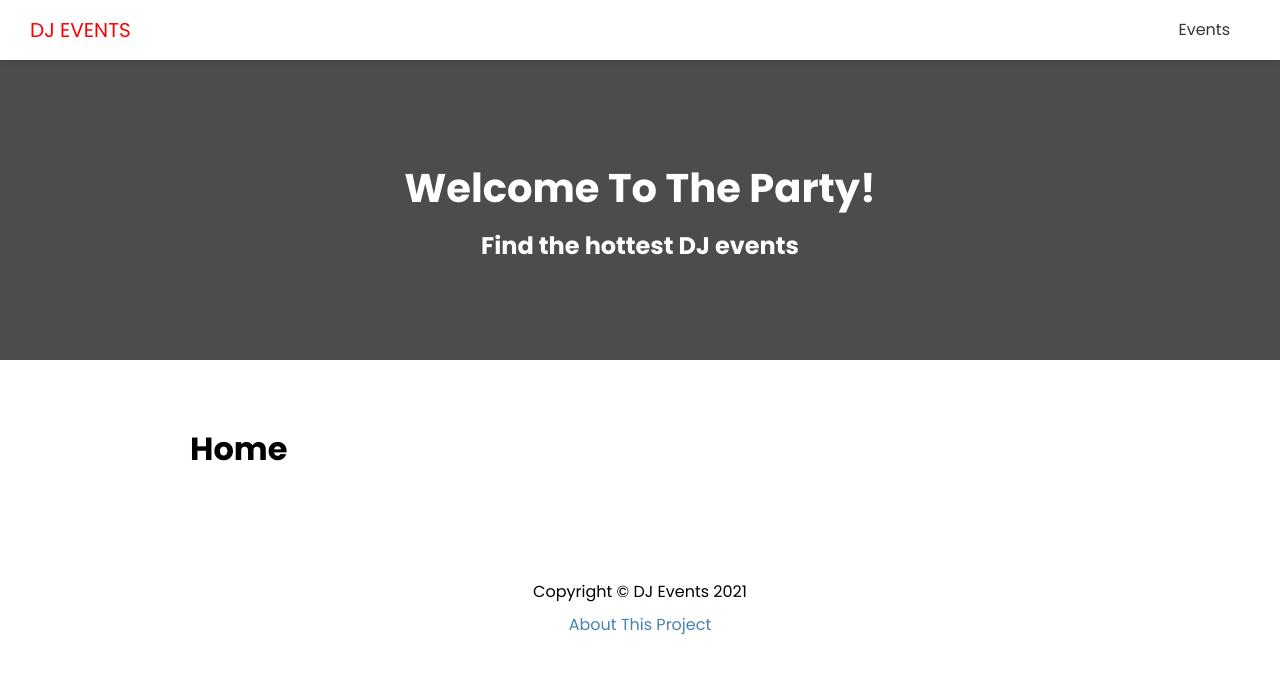
Repository: ShamroOoz/Concerts-Creator-Frontend-Nextjs
Page: /
The author's editor kept a copy of each file at every save. The page is drawn from the files as they stood at one save, then again after the next save.
The browser window is 1280 px wide. The pictures show the whole page.
The project was rebuilt for these pictures with package versions that can differ from the ones it lists, and the page was loaded fresh each time. The framework's server and built-in components were replaced by stand-ins that run in the browser. Also part of the build but not shown: next.config.js.

Above is the page before, as saved 2021-04-21 15:05:19.

After the next save:
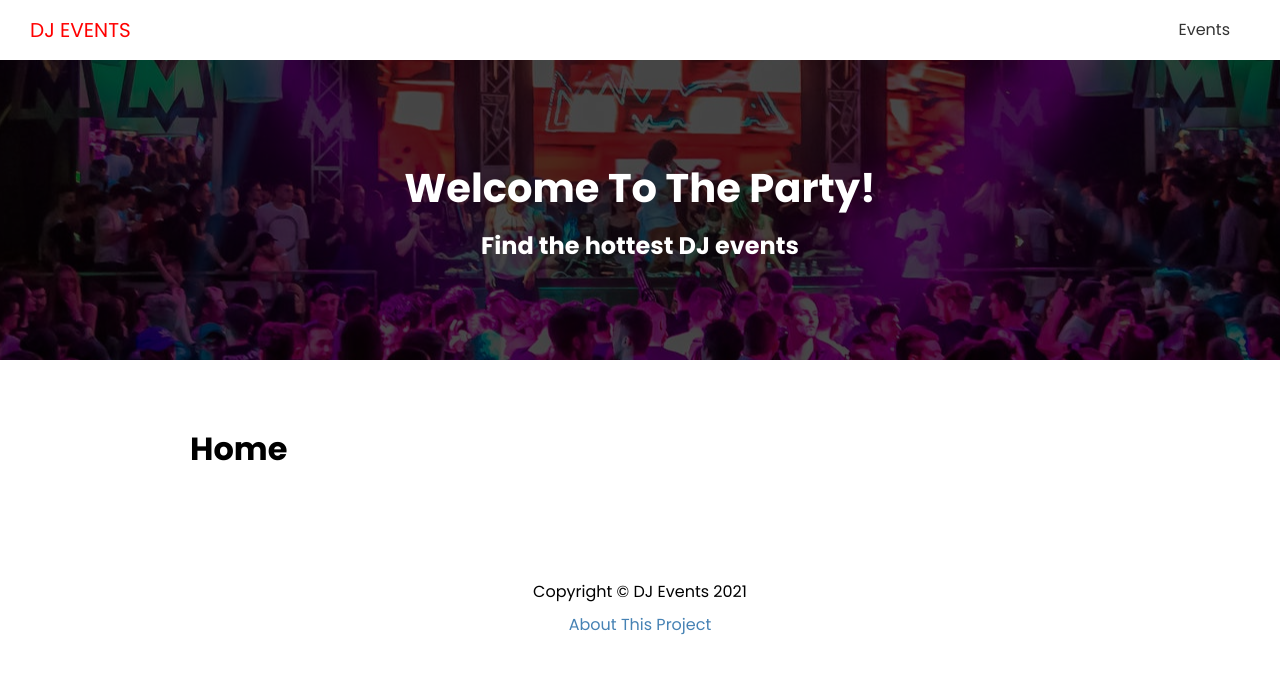
Saved 8 s later.
--- a/styles/Showcase.module.css
+++ b/styles/Showcase.module.css
@@ -1,7 +1,7 @@
 .showcase {
   height: 300px;
   width: 100%;
-  background: #000 url("/images/showcase.jpeg") no-repeat cover;
+  background: #000 url("/images/showcase.jpeg") no-repeat center center;
   color: #fff;
   position: relative;
   display: flex;
